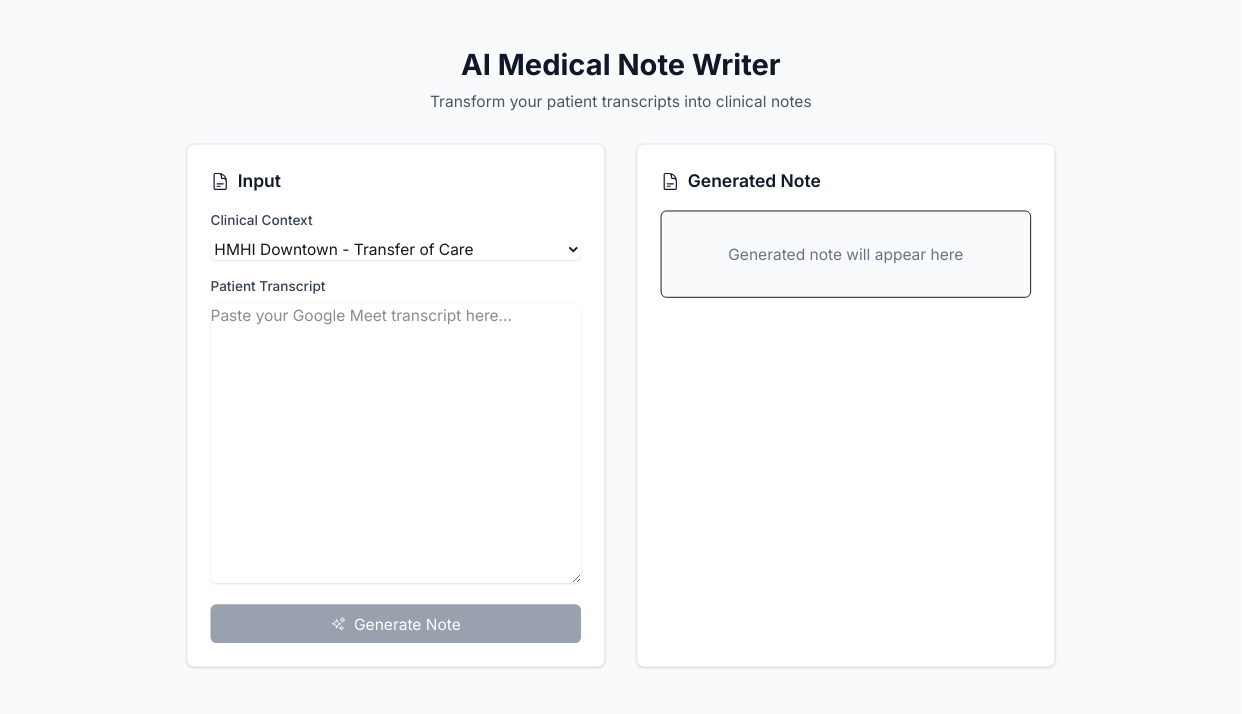
Repository: moonlitpsych/ai-note-writer-mvp
Page: /
The author's editor kept a copy of each file at every save. The page is drawn from the files as they stood at one save, then again after the next save.
The browser window is 1280 px wide. The pictures show the whole page, at 97% of full size.
The project was rebuilt for these pictures with package versions that can differ from the ones it lists, and the page was loaded fresh each time. The framework's server and built-in components were replaced by stand-ins that run in the browser. Also part of the build but not shown: next.config.ts.

Above is the page before, as saved 2025-07-28 15:47:12.

After the next save:
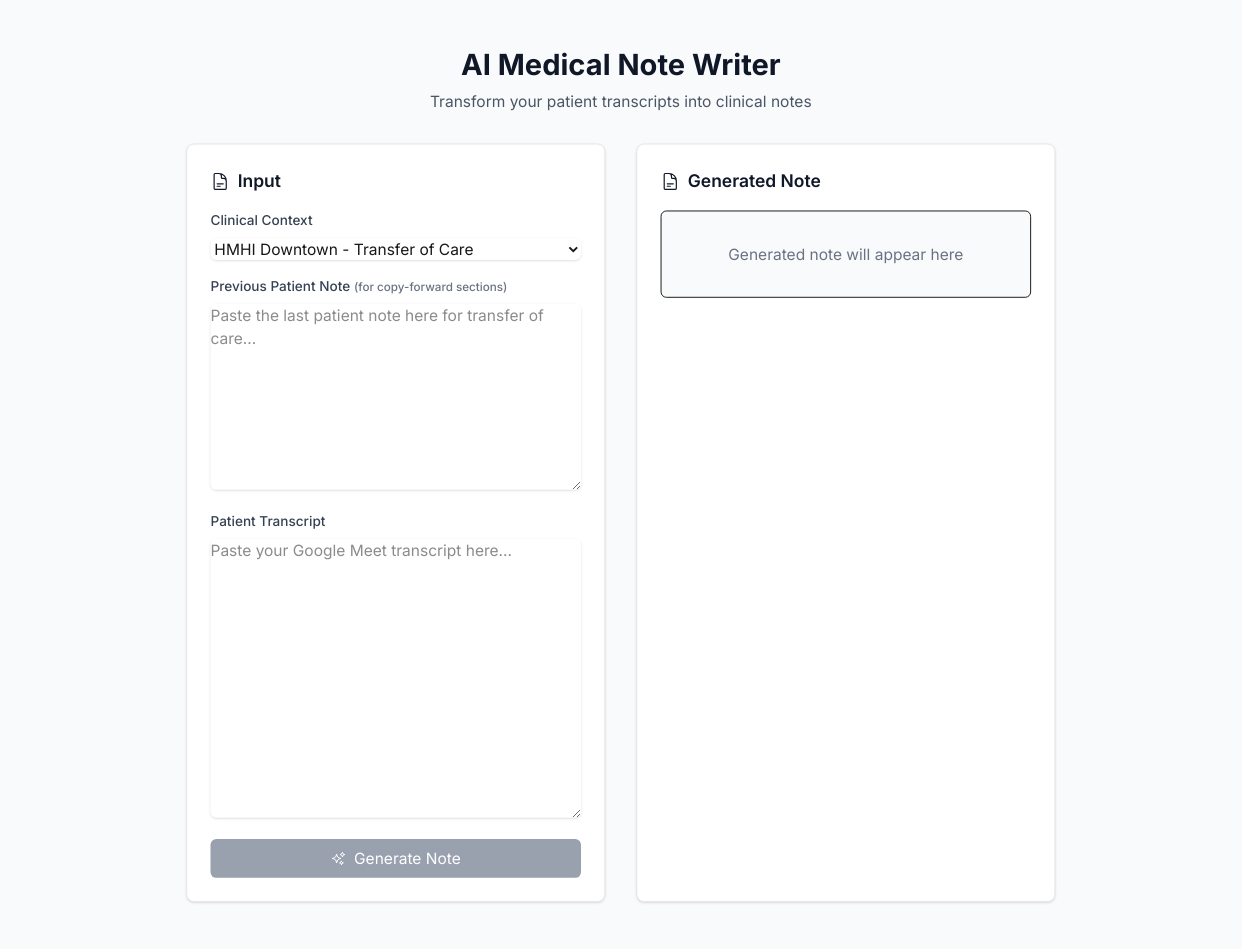
Saved 57 min 42 s later.
--- a/src/components/NoteGenerator.tsx
+++ b/src/components/NoteGenerator.tsx
@@ -7,14 +7,16 @@ import { DocumentTextIcon, SparklesIcon } from '@heroicons/react/24/outline';
 const CLINICAL_CONTEXTS = [
     { value: 'hmhi-transfer', label: 'HMHI Downtown - Transfer of Care' },
     { value: 'hmhi-followup', label: 'HMHI Downtown - Follow-up' },
-    { value: 'dbh-transfer', label: 'Davis Behavioral Health - Transfer of Care' },
+    { value: 'dbh-intake', label: 'Davis Behavioral Health - Intake' },
     { value: 'dbh-followup', label: 'Davis Behavioral Health - Follow-up' },
-    { value: 'redwood-integration', label: 'Redwood Clinic MH Integration' },
+    { value: 'redwood-intake', label: 'Redwood Clinic MHI - Intake' },
+    { value: 'redwood-followup', label: 'Redwood Clinic MHI - Follow-up' },
 ];
 
 export default function NoteGenerator() {
     const [transcript, setTranscript] = useState('');
     const [context, setContext] = useState('hmhi-transfer');
+    const [previousNote, setPreviousNote] = useState('');
     const [generatedNote, setGeneratedNote] = useState('');
     const [isGenerating, setIsGenerating] = useState(false);
     const [error, setError] = useState('');
@@ -38,6 +40,7 @@ export default function NoteGenerator() {
                 body: JSON.stringify({
                     transcript,
                     context,
+                    previousNote: context === 'hmhi-transfer' ? previousNote : undefined,
                 }),
             });
 
@@ -104,6 +107,24 @@ export default function NoteGenerator() {
                             </select>
                         </div>
 
+                        {/* Previous Note Input - Only for HMHI Transfer of Care */}
+                        {context === 'hmhi-transfer' && (
+                            <div className="mb-4">
+                                <label htmlFor="previousNote" className="block text-sm font-medium text-gray-700 mb-2">
+                                    Previous Patient Note
+                                    <span className="text-gray-500 text-xs ml-1">(for copy-forward sections)</span>
+                                </label>
+                                <textarea
+                                    id="previousNote"
+                                    value={previousNote}
+                                    onChange={(e) => setPreviousNote(e.target.value)}
+                                    placeholder="Paste the last patient note here for transfer of care..."
+                                    rows={8}
+                                    className="w-full rounded-md border-gray-300 shadow-sm focus:border-blue-500 focus:ring-blue-500"
+                                />
+                            </div>
+                        )}
+
                         {/* Transcript Input */}
                         <div className="mb-4">
                             <label htmlFor="transcript" className="block text-sm font-medium text-gray-700 mb-2">
